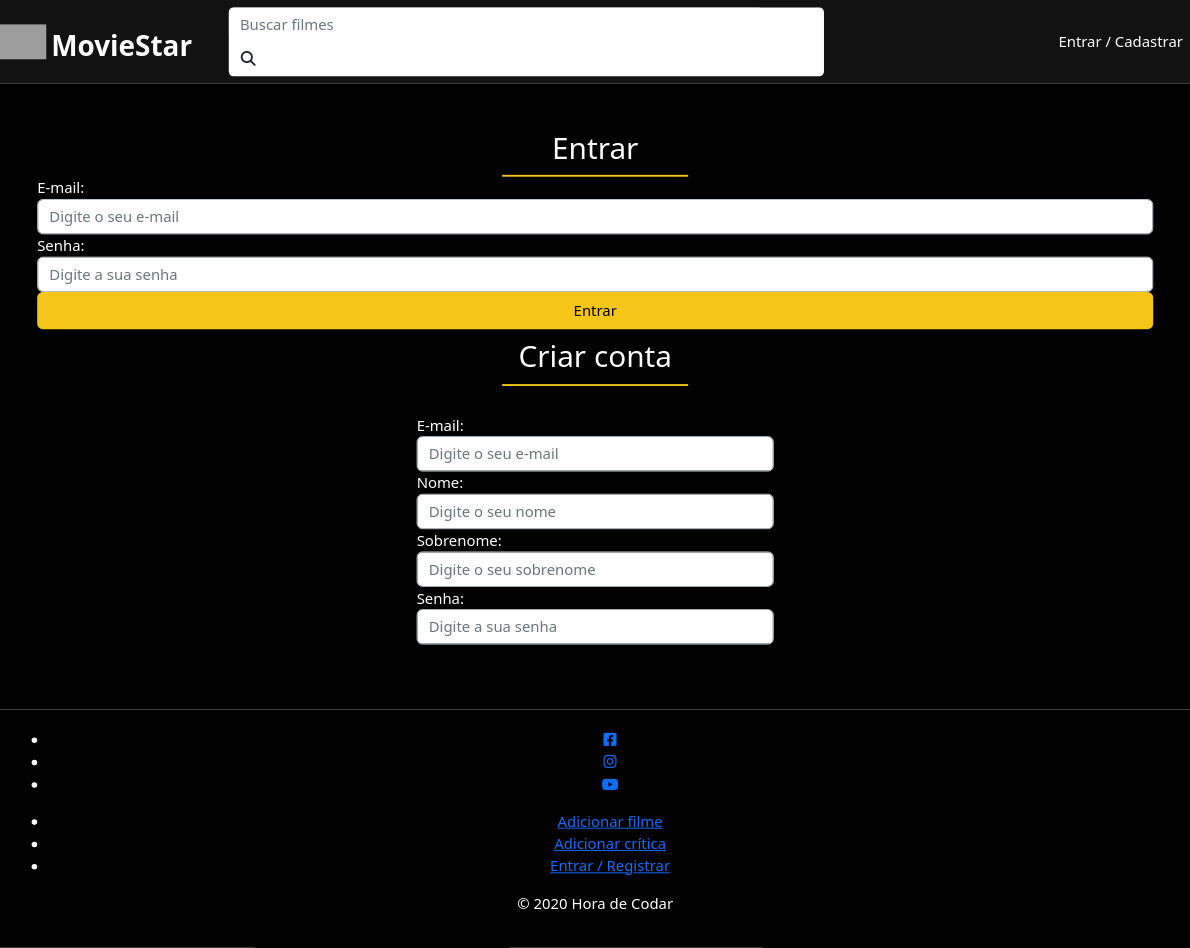
Repository: YuriSarmanho/PHPcourse
Page: http://localhost/auth.php
These files come from the project's save history. The page is drawn as it stood at one moment and after the next save; the edit follows.
The browser window is 1280 px wide. The pictures show the whole page, at 93% of full size.
Pictures or frames that could not be fetched are drawn as grey boxes. Some web libraries are served in a nearby version. The page is run by PHP 8.4 with error messages shown; the project is at /var/www/html/.

Above is the page before, as saved 2022-08-28 21:09:10.

After the next save:
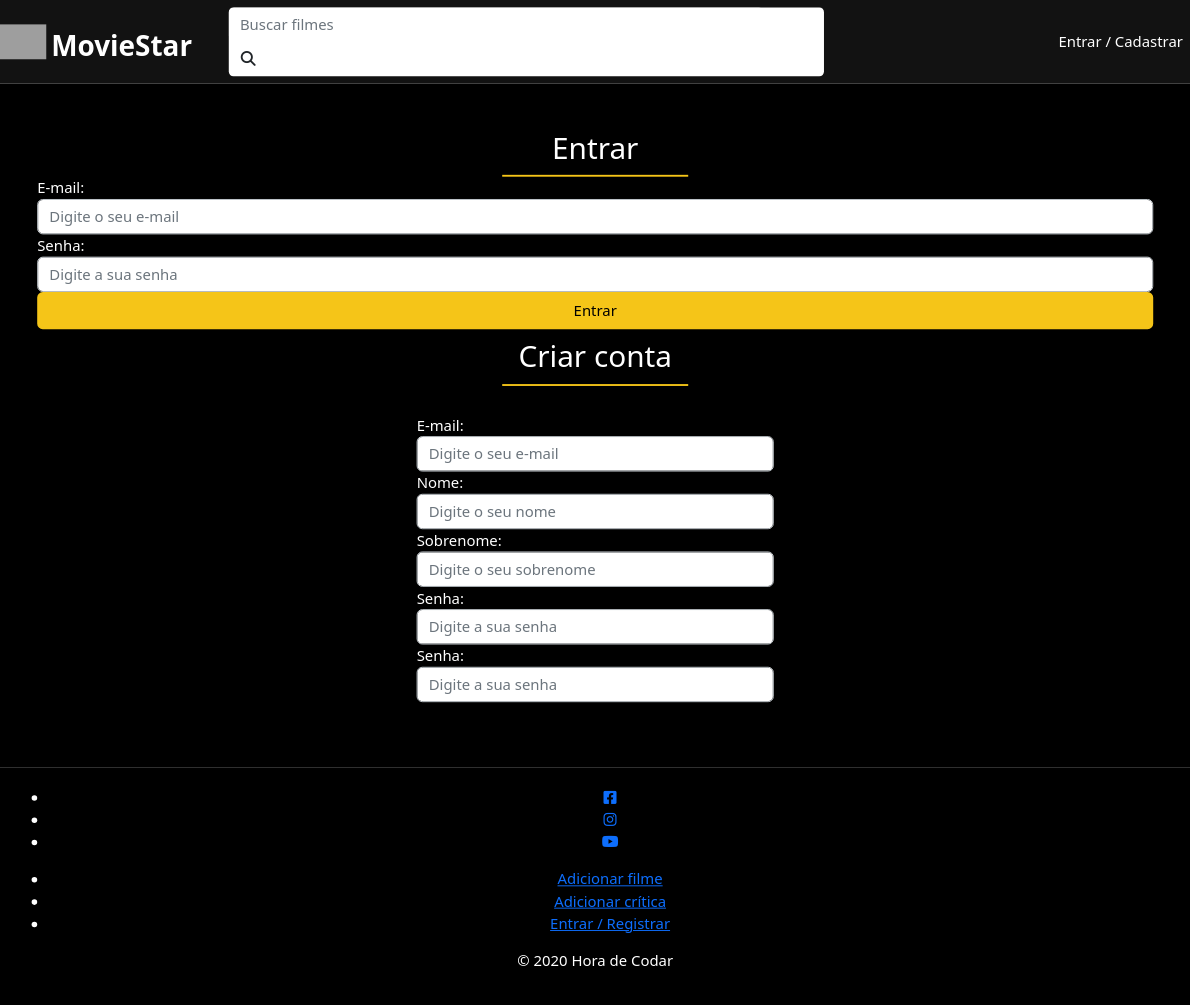
Saved 7 s later.
--- a/19_movieStar/auth.php
+++ b/19_movieStar/auth.php
@@ -41,6 +41,10 @@
                         <label for="password">Senha:</label>
                         <input type="password" class="form-control" id="password" name="password" placeholder="Digite a sua senha">
                     </div>
+                    <div class="form-group">
+                        <label for="password">Senha:</label>
+                        <input type="password" class="form-control" id="password" name="password" placeholder="Digite a sua senha">
+                    </div>
                 </form>
             </div>
 
